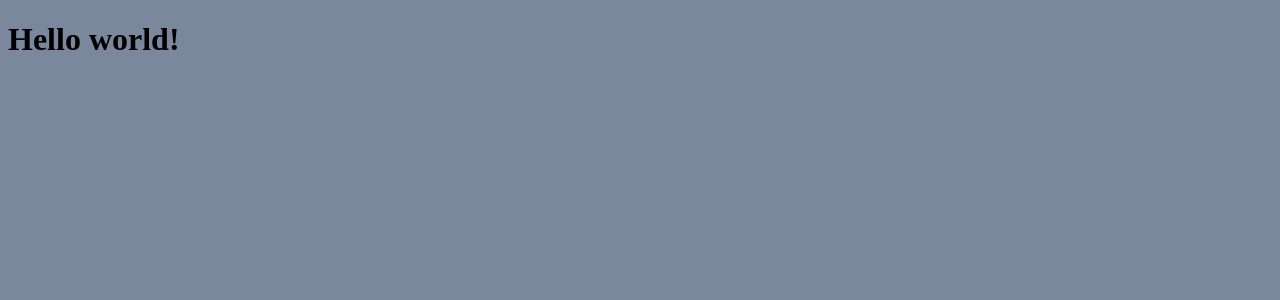
Repository: Kruthardh11/qr-code-component
Page: public/index.html
The author's editor kept a copy of each file at every save. The page is drawn from the files as they stood at one save, then again after the next save.
The browser window is 1280 px wide. The pictures show the whole page.

Above is the page before, as saved 2023-05-03 21:42:50.

After the next save:
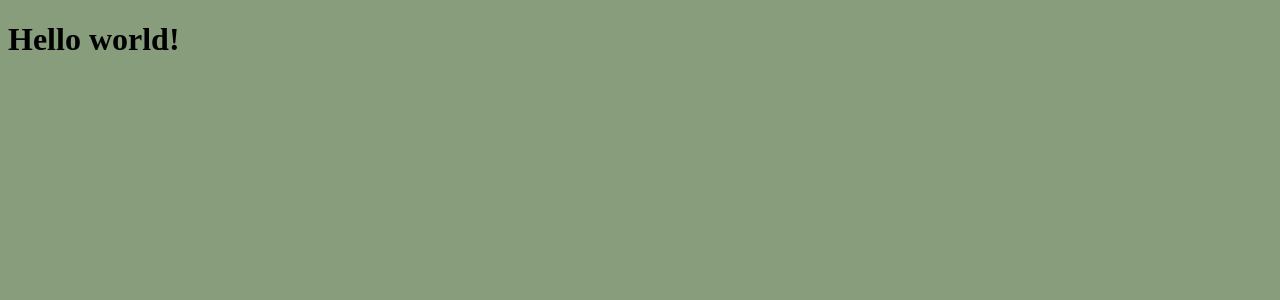
Saved 76 s later.
--- a/public/styles.css
+++ b/public/styles.css
@@ -1,3 +1,3 @@
 body{
-  background-color: hsl(220, 15%, 55%);
+  background-color: hsl(100, 15%, 55%);
 }
